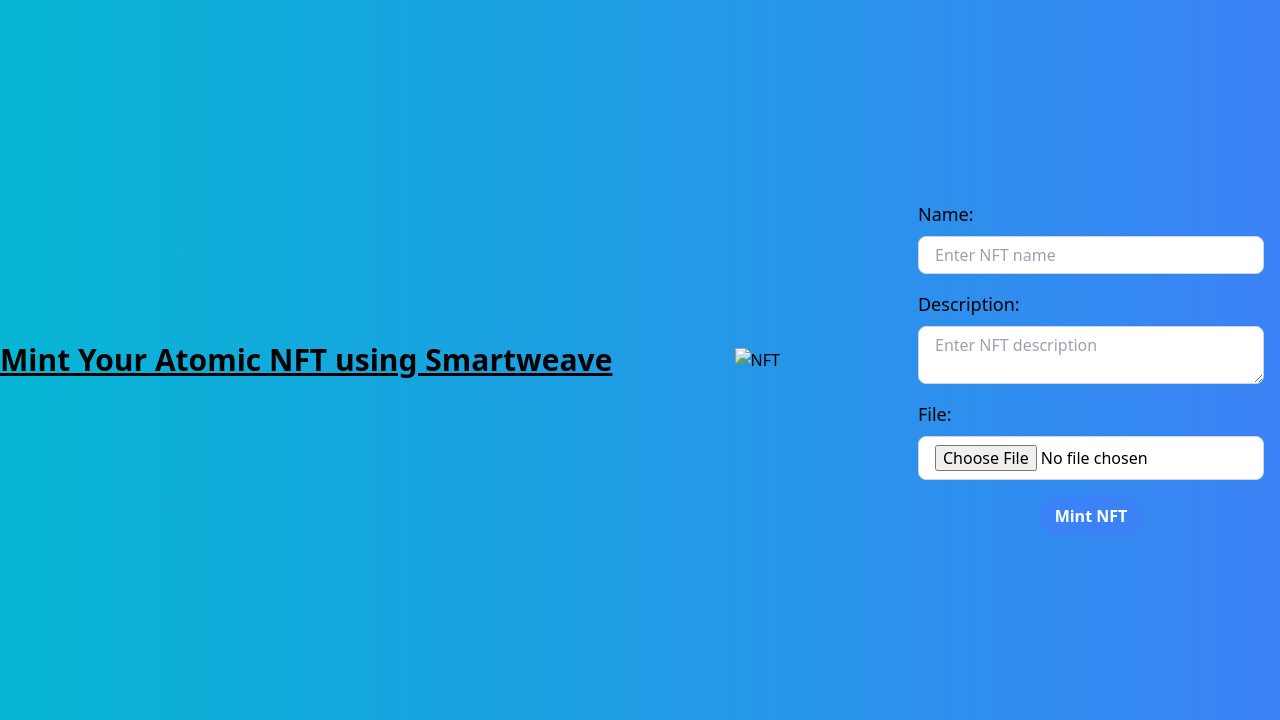
Repository: pawelpiwowarski/arweave-nft
Page: /
These files come from the project's save history. The page is drawn as it stood at one moment and after the next save; the edit follows.
The browser window is 1280 px wide. The pictures show the whole page.
The project was rebuilt for these pictures with package versions that can differ from the ones it lists, and the page was loaded fresh each time. The framework's server and built-in components were replaced by stand-ins that run in the browser.

Above is the page before, as saved 2023-01-30 15:09:52.

### pages/_app.tsx
import '../styles/globals.css'

function MyApp({ Component, pageProps }) {
    return <Component {...pageProps} />
    }

export default MyApp

### pages/index.tsx
import { useState } from "react";
import connectToContract from '../configureWarpClient'
import {mintAtomicNFT} from '/Users/pawelpiwowarski/Arweave/arwaeve-nft/contracts/tools/mintatomicnft'
import FormData from "form-data";

function HomePage() {

const [name, setName] = useState<string | null>(null);
const [contract, setContract] = useState<string | null>(null);
const [image, setImage] = useState<string | null>(null);
const [description, setDescription] = useState<string | null>(null);




  async function handleSubmision(event: any) {
    const file = document.getElementById('file') as HTMLInputElement;

    // prevent fromm re
    event.preventDefault();
    const {address} = await connectToContract();
    console.log(file.files[0])
    const formData = new FormData() as any;
    formData.append('address', address);
    formData.append('blob', file.files[0]);
    formData.append('name', name);
    formData.append('description', description);

    const respoonse  = await fetch('http://localhost:3000/api/mint', { method: 'POST', body: formData });


    const {image, contract} = await respoonse.json();
    setContract(contract);
    setImage(image);


  }
  async function handleFile() {

    console.log('file selected');



  }




  return (

       //centered div and apply nice background color
    <div className="bg-gradient-to-r from-cyan-500 to-blue-500 flex justify-center items-center h-screen bg-gray-100">


      { !contract && <h1 className="text-3xl font-bold underline" >Mint Your Atomic NFT using Smartweave </h1>}
      <img className="mx-auto" src={image} alt="NFT" />
      <form>
  <div className="flex flex-col m-4">

    <label className="text-lg font-medium mb-2" >Name:</label>
    <input className="bg-white focus:outline-none focus:shadow-outline-blue border border-gray-300 rounded-lg py-2 px-4 block w-full leading-5"
     type="text" id="name" name="name" placeholder="Enter NFT name" onChange= {(e)=> {

      setName(e.target.value);

     }}required/>
  </div>

  <div className="flex flex-col m-4">
    <label className="text-lg font-medium mb-2" >Description:</label>
    <textarea className="bg-white focus:outline-none focus:shadow-outline-blue border border-gray-300 rounded-lg py-2 px-4 block w-full leading-5"
    id="description" name="description" placeholder="Enter NFT description" onChange = {(e)=> {

        setDescription(e.target.value);

    }}required></textarea>
  </div>

  <div className="flex flex-col m-4">
    <label className="text-lg font-medium mb-2" >File:</label>
    <input className="bg-white focus:outline-none focus:shadow-outline-blue border border-gray-300 rounded-lg py-2 px-4 block w-full leading-5"
     type="file" id="file" name="file" onChange={handleFile} placeholder="Select NFT file" required/>
  </div>

  <div className="flex justify-center">
    <button className="bg-blue-500 hover:bg-blue-700 text-white font-bold py-2 px-4 rounded-full"  onClick={handleSubmision}>

      Mint NFT
    </button>

  </div>
  {contract &&
  <div className="flex  flex-col m-4">
    <p className="text-lg font-medium mb-2" >  Your Atomic NFT has been sucessfully minted on the Arweave blockchain  you can see by clicking on this link <a target="_blank" href={contract}> {contract}</a></p>





  </div>

  }

</form>






    </div>

  );
}

export default HomePage;

### configureWarpClient.ts
import { WarpFactory } from "warp-contracts";


let warp;


async function connectToContract() {
  warp = WarpFactory.forMainnet();

  // obtain the signature from the user who is using ArConnect wallet

  await window.arweaveWallet.connect([
    "ACCESS_ADDRESS",
    "SIGN_TRANSACTION",
    "SIGNATURE",
  ]);

  const address = await window.arweaveWallet.getActiveAddress();
  return { address };
}

export default connectToContract;

Loaded but not shown: styles/globals.css (common file); tailwind.config.js (common file)

After the next save:
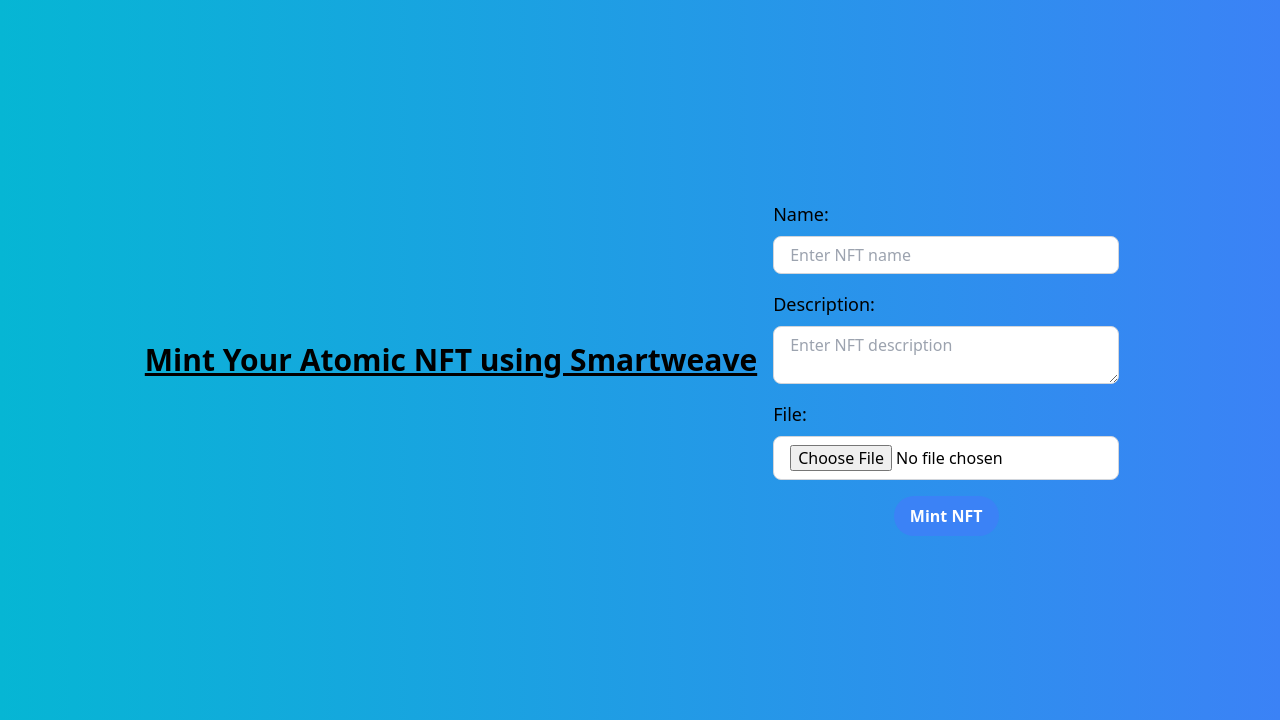
Saved 60 s later.
--- a/pages/index.tsx
+++ b/pages/index.tsx
@@ -53,7 +53,7 @@
 
 
       { !contract && <h1 className="text-3xl font-bold underline" >Mint Your Atomic NFT using Smartweave </h1>}
-      <img className="mx-auto" src={image} alt="NFT" />
+      { contract && <img className="mx-auto" src={image} alt="NFT" /> }
       <form>
   <div className="flex flex-col m-4">
 
